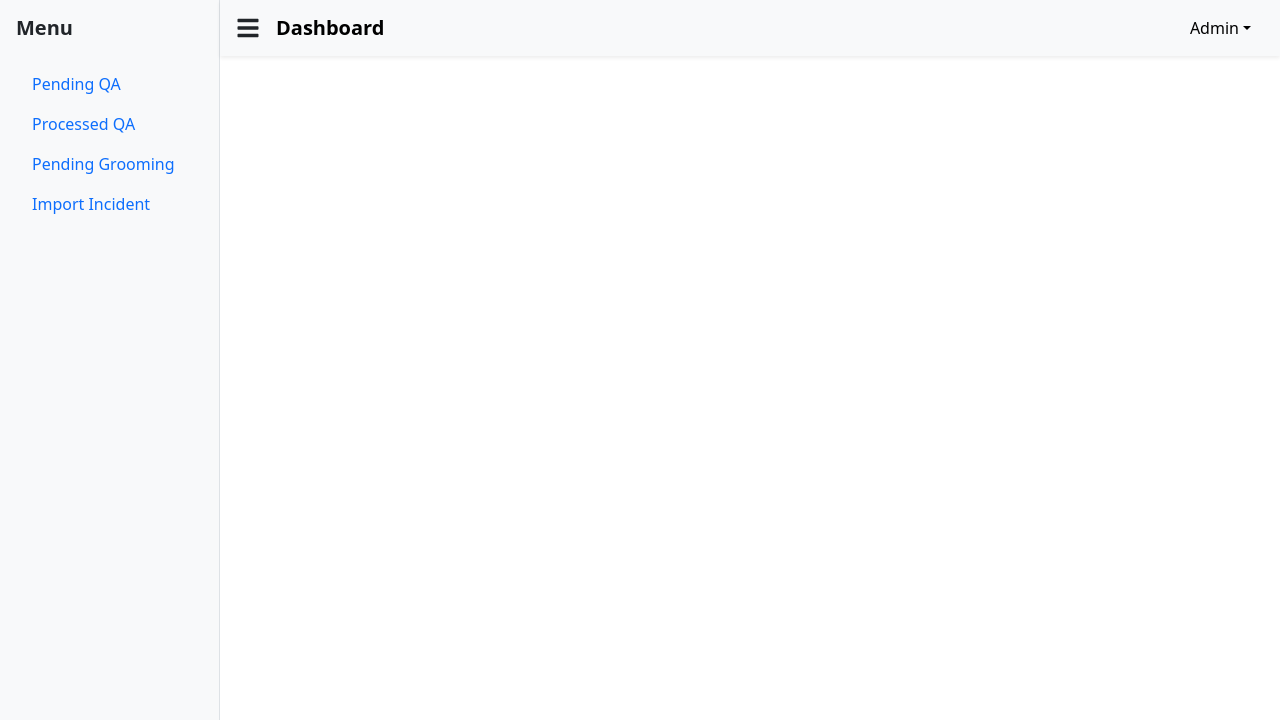
Repository: ArunGOW/ServiceNow_QA-audit
Page: /dashboard
An editor plug-in stored every save of this project. The page is shown before and after the next save, followed by the edit.
The browser window is 1280 px wide. The pictures show the whole page.
The project was rebuilt for these pictures with package versions that can differ from the ones it lists, and the page was loaded fresh each time. Also part of the build but not shown: vite.config.js, src/components/Login.jsx, src/components/tables/PendingQATable.jsx, src/components/CustomButton.jsx, src/components/PaginationControls.jsx, src/pages/PendingQAPage.jsx, src/components/tables/ProcessedQATable.jsx, src/pages/ProcessedQAPage.jsx and 2 more.

Above is the page before, as saved 2025-09-09 16:13:19.

### index.html
<!doctype html>
<html lang="en">
  <head>
    <meta charset="UTF-8" />
    <link rel="icon" href="data:," />
    <meta name="viewport" content="width=device-width, initial-scale=1.0" />
    <title>QA Tool</title>
  </head>
  <body>
    <div id="root"></div>
    <script type="module" src="/src/main.jsx"></script>
  </body>
</html>

### src/main.jsx
 import React from "react";
import ReactDOM from "react-dom/client";
import { BrowserRouter } from "react-router-dom";
import App from "./App";
import 'bootstrap/dist/css/bootstrap.min.css';


ReactDOM.createRoot(document.getElementById("root")).render(
  <BrowserRouter>
    <App />
  </BrowserRouter>
);

### src/App.jsx



//  import React from "react";
// import { Routes, Route, Navigate } from "react-router-dom";
// import Login from "./components/Login";
// import Dashboard from "./components/Dashboard";
// import { AuthProvider } from "./context/AuthContext";
// import ImportExcel from "./components/ImportExcel";


// function App() {
//   return (
//     <AuthProvider>
//       <Routes>

//         <Route path="/" element={<Navigate to="/login" replace />} />
//         <Route path="/login" element={<Login />} />
//         {/* <Route path="/dashboard" element={<Dashboard />} />
//         <Route path="/import-excel" element={<ImportExcel />} />

//         <Route path="/pending-qa" element={<Dashboard filter="Pending" />} /> */}
//         {/* ✅ Protect all dashboard routes */}
//         <Route
//           path="/dashboard/*"
//           element={
//             <ProtectedRoute>
//               <Layout>
//                 <Routes>
//                   <Route path="" element={<Dashboard />} />
//                   <Route path="processed-qa" element={<ProcessedQAPage />} />
//                   <Route path="pending-grooming" element={<GroomingPage />} />
//                   <Route path="import-incident" element={<ImportIncidentPage />} />
//                 </Routes>
//               </Layout>
//             </ProtectedRoute>
//           }
//         />


//       </Routes>
//     </AuthProvider>
//   );
// }

// export default App;

// src/App.jsx
import React from "react";
import { Routes, Route, Navigate } from "react-router-dom";
import Login from "./components/Login";
import Dashboard from "./components/Dashboard";
import { AuthProvider } from "./context/AuthContext";

// Pages
import PendingQAPage from "./pages/PendingQAPage";
import ProcessedQAPage from "./pages/ProcessedQAPage";
import GroomingPage from "./pages/GroomingPage";
import ImportIncidentPage from "./pages/ImportIncidentPage";

function App() {
  return (
    <AuthProvider>
      <Routes>
        {/* Redirect root to login */}
        <Route path="/" element={<Navigate to="/login" replace />} />

        {/* Login Page */}
        <Route path="/login" element={<Login />} />

        {/* Dashboard Layout with nested routes */}
        <Route path="/dashboard" element={<Dashboard />}>
          <Route path="pending-qa" element={<PendingQAPage />} />
          <Route path="processed-qa" element={<ProcessedQAPage />} />
          <Route path="pending-grooming" element={<GroomingPage />} />
          <Route path="import-incident" element={<ImportIncidentPage />} />
        </Route>
      </Routes>
    </AuthProvider>
  );
}

export default App;

### src/components/Dashboard.jsx
//  import { useState, useEffect, useContext } from "react";
// import axios from "axios";
// import Layout from "./layout/Layout";
// import PendingQATable from "./tables/PendingQATable";
// import ProcessedQATable from "./tables/ProcessedQATable";
// import PaginationControls from "./PaginationControls";
// import { AuthContext } from "../context/AuthContext";

// const Dashboard = () => {
//   const { user } = useContext(AuthContext); // ✅ get user info (user_sid)
//   const [pendingIncidents, setPendingIncidents] = useState([]);
//   const [processedIncidents, setProcessedIncidents] = useState([]);
//   const [loading, setLoading] = useState(true);
//   const [currentPage, setCurrentPage] = useState(1);
//   const [totalPages, setTotalPages] = useState(1);
//   const limit = 10;

//   useEffect(() => {
//     const fetchData = async () => {
//       if (!user?.user_sid) {
//         console.warn("⚠️ No user_sid found, skipping fetch.");
//         return;
//       }

//       setLoading(true);
//       try {
//         const skip = (currentPage - 1) * limit;

//         // ✅ Send skip, limit, and user_sid in POST body (NOT query string)
//         const res = await axios.post("http://localhost:8000/api/users/get/incidents", {
//           user_sid: user.user_sid,
//           skip,
//           limit,
//         });

//         console.log("📌 API Response:", res.data);

//         const allIncidents = res.data?.incidents || [];

//         setPendingIncidents(allIncidents.filter((i) => i.audit_status === "Pending"));
//         setProcessedIncidents(allIncidents.filter((i) => i.audit_status === "Completed"));

//         if (res.data?.totalCount) {
//           setTotalPages(Math.ceil(res.data.totalCount / limit));
//         }
//       } catch (error) {
//         console.error("❌ Error fetching incidents:", error);
//       } finally {
//         setLoading(false);
//       }
//     };

//     fetchData();
//   }, [currentPage, user]);

//   return (
//     <Layout>
//       <PendingQATable incidents={pendingIncidents} loading={loading} />
//       <ProcessedQATable incidents={processedIncidents} />
//       <div className="d-flex justify-content-center mt-3">
//         <PaginationControls
//           currentPage={currentPage}
//           totalPages={totalPages}
//           handlePrevious={() => setCurrentPage((p) => Math.max(p - 1, 1))}
//           handleNext={() => setCurrentPage((p) => p + 1)}
//         />
//       </div>
//     </Layout>
//   );
// };

// export default Dashboard;


// src/components/Dashboard.jsx
import { Outlet } from "react-router-dom";
import { useState } from "react";
import Sidebar from "./layout/Sidebar";
import Topbar from "./layout/Topbar";

const Dashboard = () => {
  const [sidebarOpen, setSidebarOpen] = useState(true);

  return (
    <div className="d-flex">
      {/* Sidebar */}
      {sidebarOpen && <Sidebar />}

      {/* Main Content */}
      <div className="flex-grow-1">
        <Topbar onToggleSidebar={() => setSidebarOpen(!sidebarOpen)} />
        <div className="p-3">
          <Outlet /> {/* Child routes render here */}
        </div>
      </div>
    </div>
  );
};

export default Dashboard;

### src/context/AuthContext.jsx
 import React, { createContext, useState, useEffect } from "react";

export const AuthContext = createContext();

export const AuthProvider = ({ children }) => {
  const [user, setUser] = useState(null);

  useEffect(() => {
    const storedUser = localStorage.getItem("user");
    if (storedUser) {
      setUser(JSON.parse(storedUser));
    }
  }, []);

 const login = (userData) => {
  setUser(userData);
  localStorage.setItem("user", JSON.stringify(userData));
};


  const logout = () => {
    setUser(null);
    localStorage.removeItem("user");
  };

  return (
    <AuthContext.Provider value={{ user, login, logout }}>
      {children}
    </AuthContext.Provider>
  );
};

### src/components/layout/sidebar.jsx
//  // src/components/layout/Sidebar.jsx
// import { Nav } from "react-bootstrap";
// import { FaStar } from "react-icons/fa";
// import { Link, useLocation } from "react-router-dom";

// const Sidebar = () => {
//   const location = useLocation();

//   const menuItems = [
//     { path: "/pending-qa", label: "Pending QA" },
//     { path: "/processed-qa", label: "Processed QA" },
//     { path: "/pending-grooming", label: "Pending Grooming" },
//     { path: "/import-incident", label: "Import Incident" },
//     { path: "/export-incident", label: "Export Incident" },
//   ];

//   return (
//     <div>
//       <h2 className="p-3 fw-bold border-bottom">Logo</h2>
//       <Nav className="flex-column">
//         {menuItems.map((item) => (
//           <Nav.Item key={item.path}>
//             <Link
//               to={item.path}
//               className={`d-flex align-items-center px-3 py-2 text-decoration-none ${
//                 location.pathname === item.path
//                   ? "bg-light text-dark rounded"
//                   : "text-white"
//               }`}
//             >
//               <FaStar className="me-2" />
//               {item.label}
//             </Link>
//           </Nav.Item>
//         ))}
//       </Nav>
//     </div>
//   );
// };

// export default Sidebar;


// src/components/layout/Sidebar.jsx
import { Nav } from "react-bootstrap";
import { Link } from "react-router-dom";

const Sidebar = () => {
  return (
    <div className="bg-light p-3 border-end" style={{ minHeight: "100vh", width: "220px" }}>
      <h5 className="fw-bold mb-4">Menu</h5>
      <Nav className="flex-column">
        <Nav.Link as={Link} to="/dashboard/pending-qa">
          Pending QA
        </Nav.Link>
        <Nav.Link as={Link} to="/dashboard/processed-qa">
          Processed QA
        </Nav.Link>
        <Nav.Link as={Link} to="/dashboard/pending-grooming">
          Pending Grooming
        </Nav.Link>
        <Nav.Link as={Link} to="/dashboard/import-incident">
          Import Incident
        </Nav.Link>
      </Nav>
    </div>
  );
};

export default Sidebar;

### src/components/layout/Topbar.jsx
// src/components/layout/Topbar.jsx
import { Navbar, Nav, Dropdown } from "react-bootstrap";
import { FaBars } from "react-icons/fa";

const Topbar = ({ onToggleSidebar }) => {
  return (
    <Navbar bg="light" expand="lg" className="shadow-sm px-3">
      <FaBars
        className="me-3"
        style={{ cursor: "pointer", fontSize: "1.5rem" }}
        onClick={onToggleSidebar}
      />
      <Navbar.Brand className="fw-bold">Dashboard</Navbar.Brand>
      <Nav className="ms-auto">
        <Dropdown align="end">
          <Dropdown.Toggle variant="light" id="dropdown-basic">
            Admin
          </Dropdown.Toggle>
          <Dropdown.Menu>
            <Dropdown.Item>Profile</Dropdown.Item>
            <Dropdown.Item>Logout</Dropdown.Item>
          </Dropdown.Menu>
        </Dropdown>
      </Nav>
    </Navbar>
  );
};

export default Topbar;

### src/components/layout/Sidebar.css
/* src/components/layout/Sidebar.css */
.sidebar {
  height: 100vh;
  width: 240px;
  background-color: #2c3e97; /* Deep Blue */
  color: white;
  display: flex;
  flex-direction: column;
  padding: 20px;
}

.sidebar .logo {
  font-size: 1.8rem;
  font-weight: bold;
  text-align: center;
  margin-bottom: 30px;
}

.sidebar nav {
  display: flex;
  flex-direction: column;
  gap: 12px;
}

.sidebar a {
  display: flex;
  align-items: center;
  gap: 12px;
  padding: 10px 15px;
  text-decoration: none;
  color: white;
  font-size: 1rem;
  border-radius: 6px;
  transition: all 0.3s ease;
}

.sidebar a:hover {
  background-color: rgba(255, 255, 255, 0.15);
}

.sidebar a.active {
  background-color: white;
  color: #2c3e97;
  font-weight: bold;
}

.sidebar hr {
  border: none;
  border-top: 1px solid rgba(255, 255, 255, 0.2);
  margin: 15px 0;
}

After the next save:
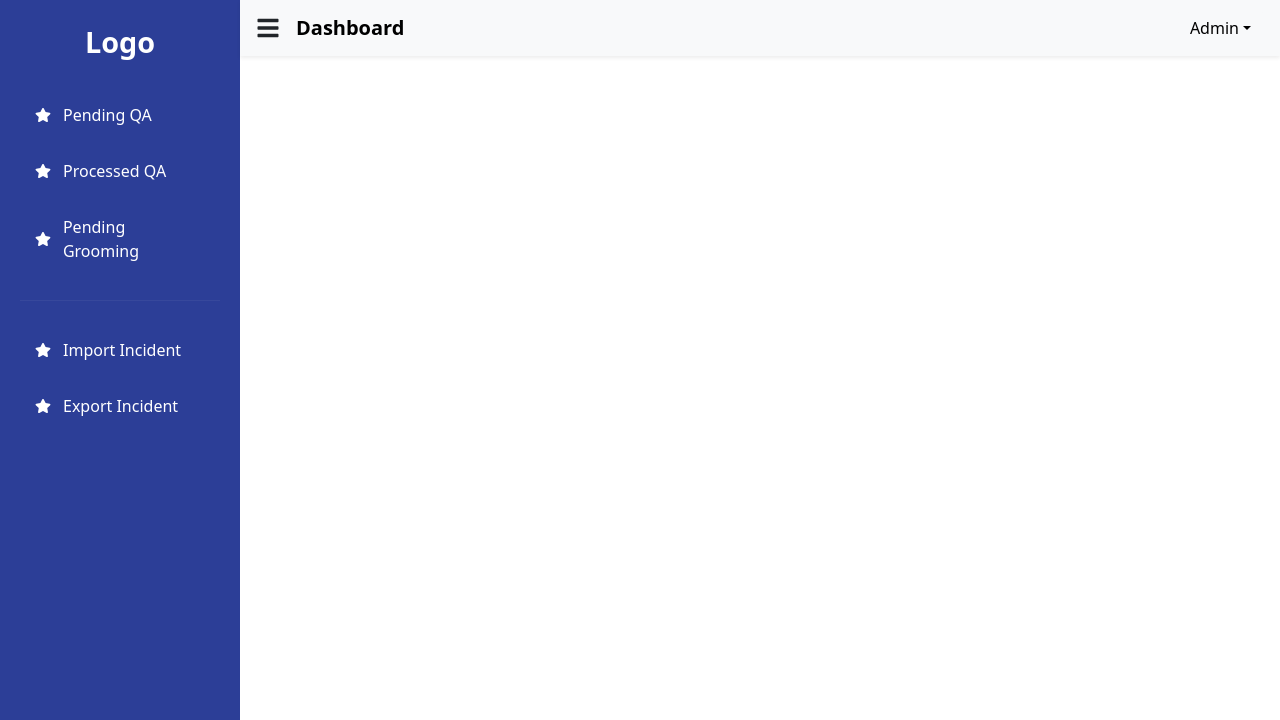
Saved 22 s later.
--- a/src/components/layout/sidebar.jsx
+++ b/src/components/layout/sidebar.jsx
@@ -42,27 +42,32 @@
 
 
 // src/components/layout/Sidebar.jsx
-import { Nav } from "react-bootstrap";
-import { Link } from "react-router-dom";
+import { NavLink } from "react-router-dom";
+import { FaStar } from "react-icons/fa";
+import "./Sidebar.css";
 
 const Sidebar = () => {
   return (
-    <div className="bg-light p-3 border-end" style={{ minHeight: "100vh", width: "220px" }}>
-      <h5 className="fw-bold mb-4">Menu</h5>
-      <Nav className="flex-column">
-        <Nav.Link as={Link} to="/dashboard/pending-qa">
-          Pending QA
-        </Nav.Link>
-        <Nav.Link as={Link} to="/dashboard/processed-qa">
-          Processed QA
-        </Nav.Link>
-        <Nav.Link as={Link} to="/dashboard/pending-grooming">
-          Pending Grooming
-        </Nav.Link>
-        <Nav.Link as={Link} to="/dashboard/import-incident">
-          Import Incident
-        </Nav.Link>
-      </Nav>
+    <div className="sidebar">
+      <div className="logo">Logo</div>
+      <nav>
+        <NavLink to="/pending-qa" activeClassName="active">
+          <FaStar /> Pending QA
+        </NavLink>
+        <NavLink to="/processed-qa" activeClassName="active">
+          <FaStar /> Processed QA
+        </NavLink>
+        <NavLink to="/pending-grooming" activeClassName="active">
+          <FaStar /> Pending Grooming
+        </NavLink>
+        <hr />
+        <NavLink to="/import-incident" activeClassName="active">
+          <FaStar /> Import Incident
+        </NavLink>
+        <NavLink to="/export-incident" activeClassName="active">
+          <FaStar /> Export Incident
+        </NavLink>
+      </nav>
     </div>
   );
 };
